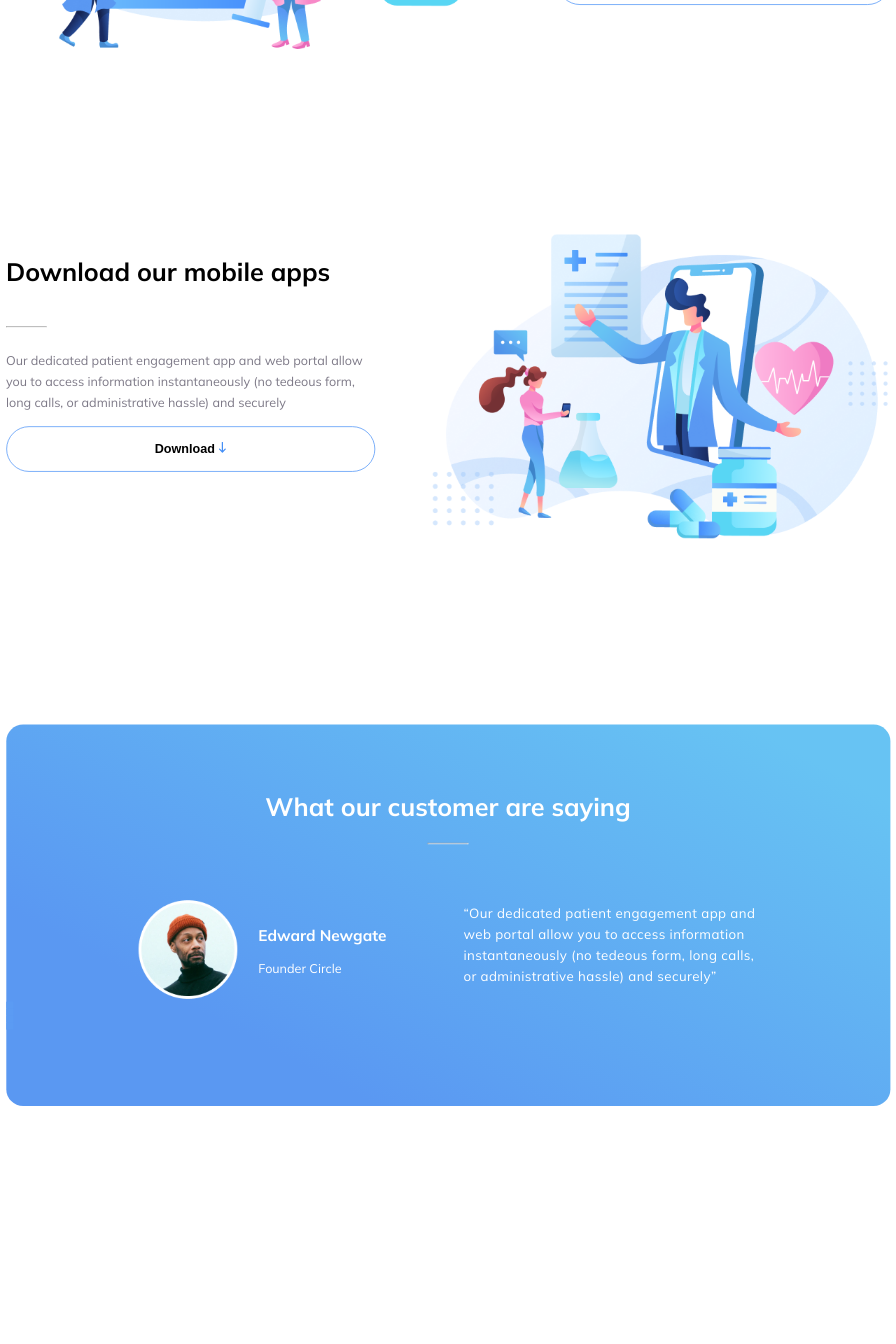
Repository: ivan-developer-01/trafalgar-layout
Page: index.html
An editor plug-in stored every save of this project. The page is shown before and after the next save, followed by the edit.
The browser window is 1280 px wide. The pictures show the part of the page from y = 2610 to 4530 px (the page is 4530 px tall before and 4327 px after), at 70% of full size.

Above is the page before, as saved 2024-11-08 16:25:28.

### index.html
<!DOCTYPE html>
<html lang="en">
<head>
	<meta charset="UTF-8">
	<meta http-equiv="X-UA-Compatible" content="IE=edge">
	<meta name="viewport" content="width=device-width, initial-scale=1.0">
	<title>Trafalgar Services</title>
	<link rel="preconnect" href="https://fonts.googleapis.com">
	<link rel="preconnect" href="https://fonts.gstatic.com" crossorigin>
	<link href="https://fonts.googleapis.com/css2?family=Mulish:ital,wght@0,200;0,300;0,400;0,500;0,600;0,700;0,800;0,900;1,200;1,300;1,400;1,500;1,600;1,700;1,800;1,900&display=swap" rel="stylesheet">
	<link rel="stylesheet" href="style.css">
</head>
<body>
	<header class="header">
		<div class="container">
			<!-- left part -->
			<div>
				<div class="logo">
					<img src="images/logo.png" alt="Trafalgar Logo">
				</div>
			</div>

			<!-- right part -->
			<div>
				<nav>
					<a href="#" class="nav__link nav__link-main">Home</a>
					<a href="#" class="nav__link">Find a doctor</a>
					<a href="#" class="nav__link">Apps</a>
					<a href="#" class="nav__link">Testimonials</a>
					<a href="#" class="nav__link">About us</a>
				</nav>
			</div>
		</div>
	</header>

	<main>
		<section class="main-info">
			<div class="container">
				<!-- left part -->
				<div>
					<h1>Virtual healthcare for you</h1>

					<p>Trafalgar provides progressive, and affordable healthcare, accessible on mobile and online for everyone</p>

					<button class="button round-button bg-blue">Consult today</button>
				</div>

				<!-- right part -->
				<div>
					<img src="images/hero.png" alt="Trafalgar hero image">
				</div>
			</div>

			<div class="overlay"></div>
		</section>

		<section class="our-services">
			<div class="container">
				<h2>Our services</h2>
				<hr>

				<p>We provide to you the best choiches for you. Adjust it to your health needs and make sure your undergo treatment with our highly qualified doctors you can consult with us which type of service is suitable for your health</p>

				<div class="cards">
					<div class="card">
						<img src="images/our-services/cards/search-doctor.svg" alt="Search doctor">
						<h3>Search doctor</h3>
						<p>Choose your doctor from thousands of specialist, general, and trusted hospitals</p>
					</div>
					<div class="card">
						<img src="images/our-services/cards/online-pharmacy.svg" alt="Online pharmacy">
						<h3>Online pharmacy</h3>
						<p>Buy  your medicines with our mobile application with a simple delivery system</p>
					</div>
					<div class="card">
						<img src="images/our-services/cards/consultation.svg" alt="Consultation">
						<h3>Consultation</h3>
						<p>Free consultation with our trusted doctors and get the best recomendations</p>
					</div>
					<div class="card">
						<img src="images/our-services/cards/details-info.svg" alt="Details info">
						<h3>Details info</h3>
						<p>Free consultation with our trusted doctors and get the best recomendations</p>
					</div>
					<div class="card">
						<img src="images/our-services/cards/emergency-care.svg" alt="Emergency care">
						<h3>Emergency care</h3>
						<p>You can get 24/7 urgent care for yourself or your children and your
lovely family</p>
					</div>
					<div class="card">
						<img src="images/our-services/cards/tracking.svg" alt="Tracking">
						<h3>Tracking</h3>
						<p>Track and save your medical history and health data</p>
					</div>
				</div>

				<button class="button round-button">Learn more</button>
			</div>

			<div class="overlay"></div>
			<div class="top-overlay"></div>
		</section>

		<section class="apps">
			<div class="container">
				<div class="flex-two-blocks">
					<!-- left part -->
					<div>
						<div class="image">
							<img src="images/apps/leading-healthcare-providers.png" alt="Leading healthcare providers">
						</div>
					</div>

					<!-- right part -->
					<div>
						<h2>Leading healthcare providers</h2>
						<hr>
						<p>
							Trafalgar provides progressive, and affordable healthcare, accessible on mobile and online for everyone. To us, it’s not just work. We take pride in the solutions we deliver
						</p>

						<button class="button round-button">Learn more</button>
					</div>
				</div>

				<div class="flex-two-blocks">
					<!-- left part -->
					<div>
						<h2>Download our mobile apps</h2>
						<hr>
						<p>
							Our dedicated patient engagement app and web portal allow you to access information instantaneously (no tedeous form, long calls, or administrative hassle) and securely
						</p>

						<button class="button round-button">Download
							<img src="images/arrow-download.svg" alt="Download icon">
						</button>
					</div>

					<!-- right part -->
					<div>
						<div class="image">
							<img src="images/apps/mobile-apps.png" alt="Mobile apps">
						</div>
					</div>
				</div>
			</div>
		</section>

		<section class="reviews">
			<div class="container">
				<h2>What our customer are saying</h2>
				<hr>
				<div class="review-slider">
					<div class="review">
						<div class="review-user">
							<div><img src="images/reviews/avatar-1.png" alt="Avatar" class="avatar"></div>
							<div class="user-credentials">
								<h3>Edward Newgate</h3>
								<span>Founder Circle</span>
							</div>
						</div>

						<div class="review-text">
							<p>
								“Our dedicated patient engagement app and web portal allow you to access information instantaneously (no tedeous form, long calls, or administrative hassle) and securely”
							</p>
						</div>
					</div>
				</div>

				<div class="dots">
					<div class="arrow-left"></div>
					<div class="dot active"></div>
					<div class="dot"></div>
					<div class="dot"></div>
					<div class="dot"></div>
					<div class="arrow-right"></div>
				</div>
			</div>
		</section>
	</main>
</body>
</html>

### style.css
html,
body {
	width: 100vw;
	margin: 0;
	padding: 0;
	font-family: 'Mulish', sans-serif;
}

.container {
	width: 100%;
	max-width: 1263px;
	margin: 0 auto;
}

section hr {
	width: 56px;
	margin-top: 26px;
	margin-bottom: 33px;
}

h1 {
	font-size: 48px;
}

h3 {
	font-size: 24px;
}

p {
	color: #7D7987;
	margin-top: 0;
}

.button {
	/* appearance: none; */
	border: 1px solid #458FF6;
	background: transparent;
	cursor: pointer;
	font-weight: 700;
	font-size: 18px;
	padding: 21px 41px;
}

.button.round-button {
	border-radius: 999px;
}

.bg-blue {
	background-color: #458FF6;
	color: #FFF;
}

/* header */
.header {
	padding-top: 56px;
}

.header .container {
	display: flex;
	justify-content: space-between;
	align-items: center;
}

.header nav {
	display: flex;
	gap: 40px;
	font-size: 18px;
}

.header nav a {
	text-decoration: none;
	color: #8f8a9a;
}

.header .nav__link-main {
	color: #1F1534;
}
/* /header */

/* main-info */
.main-info {
	position: relative;
}

.main-info .overlay {
	position: absolute;
	top: 0;
	left: 0;
	right: 0;
	bottom: 0;
	background-image: url(images/main-info-overlay.png);
	background-repeat: no-repeat;
	z-index: -1;
}

.main-info .container {
	display: flex;
	justify-content: space-between;
	align-items: center;
	gap: 109px;
}

.main-info p {
	font-size: 21px;
	line-height: 32px;
	margin-top: 25px;
	margin-bottom: 45px;
}
/* /main-info */

/* our-services */
.our-services {
	margin-top: 190px;
	position: relative;
}

.our-services .overlay,
.our-services .top-overlay {
	position: absolute;
	right: 0;
	bottom: 0;
	left: 0;
	background-repeat: no-repeat;
	z-index: -1;
	pointer-events: none;
}

.our-services .overlay {
	top: calc(20% - 44px);
	background-image: url(images/our-services/our-services-overlay.svg);
}

.our-services .top-overlay {
	top: 46%;
	left: 76%;
	background-image: url(images/our-services/our-services-top-overlay.svg);
}

.our-services .container {
	text-align: center;
}

.our-services p {
	max-width: 952px;
	margin: 0 auto;
}

.our-services .cards {
	display: grid;
	grid-template-columns: repeat(3, 1fr);
	gap: 34px;
	margin-top: 80px;
	position: relative;
	background: transparent;
}

.our-services .cards .card {
	box-shadow: 10px 40px 50px 0px #E5E9F666;
	/* top right bottom left */
	width: calc(350px - 52px - 36px);
	height: calc(354px - 58px - 47px);
	border-radius: 20px;
	padding: 58px 52px 47px 36px;
	text-align: left;
	background: #FFF;
	z-index: 1;
}

.our-services .cards .card p {
	font-size: 16px;
	line-height: 28px;
}

.our-services .cards .card h3 {
	margin-top: 36.25px;
}

.our-services .button {
	margin-top: 72px;
	color: #458FF6;
	border-width: 1.4px;
	min-width: 200px;
}
/* /our-services */

/* apps */
.apps {
	margin-top: 220px;
}

.apps .container {
	display: grid;
	gap: 265px;
}

.apps .flex-two-blocks {
	display: flex;
}

.apps .flex-two-blocks div {
	display: flex;
	flex-direction: column;
}

.apps .flex-two-blocks h2 {
	font-size: 36px;
}

.apps .flex-two-blocks hr {
	text-align: left;
	width: 56px;
	margin-left: 0;
	margin-right: 0;
}

.apps .flex-two-blocks p {
	font-size: 18px;
	line-height: 30px;
}

.apps .flex-two-blocks:first-child {
	gap: 137px;
}

.apps .flex-two-blocks:last-child {
	gap: 71px;
}
/* /apps */

/* reviews */
.reviews {
	margin-top: 266px;
	margin-bottom: 340px /* *? BUGGY DEBUGGY BIG BUG */;
}

.reviews .container {
	background: linear-gradient(208.18deg, #67C3F3 9.05%, #5A98F2 76.74%);
	color: white;
	text-align: center;
	padding-top: 64px;
	padding-bottom: 109px;
	border-radius: 24px;
}

.reviews hr {
	color: white;
}

.reviews h2 {
	font-size: 36px;
}

.review-slider .review {
	display: flex;
	justify-content: center;
	align-items: center;
	gap: 110px;
	margin-top: 80px;
}

.review-slider .review .review-user {
	display: flex;
	align-items: center;
	justify-content: center;
	gap: 30px;
	text-align: left;
}

.review-slider .review .review-user .user-credentials h3 {
	font-size: 22px;
	margin-top: 0;
}

.review-slider .review .review-user .user-credentials span {
	font-size: 18px;
}

.review-slider .review .review-text {
	text-align: left;
	max-width: 420px;
}

.review-slider .review .review-text p {
	color: white;
	font-size: 19px;
	letter-spacing: 0.6px;
	line-height: 30px;
}

.reviews .dot {
	background: #5B9BF3;
	width: 10px;
	height: 10px;
}

.reviews .dot.active {
	background: #5B9BF3;
}
/* /reviews */

After the next save:
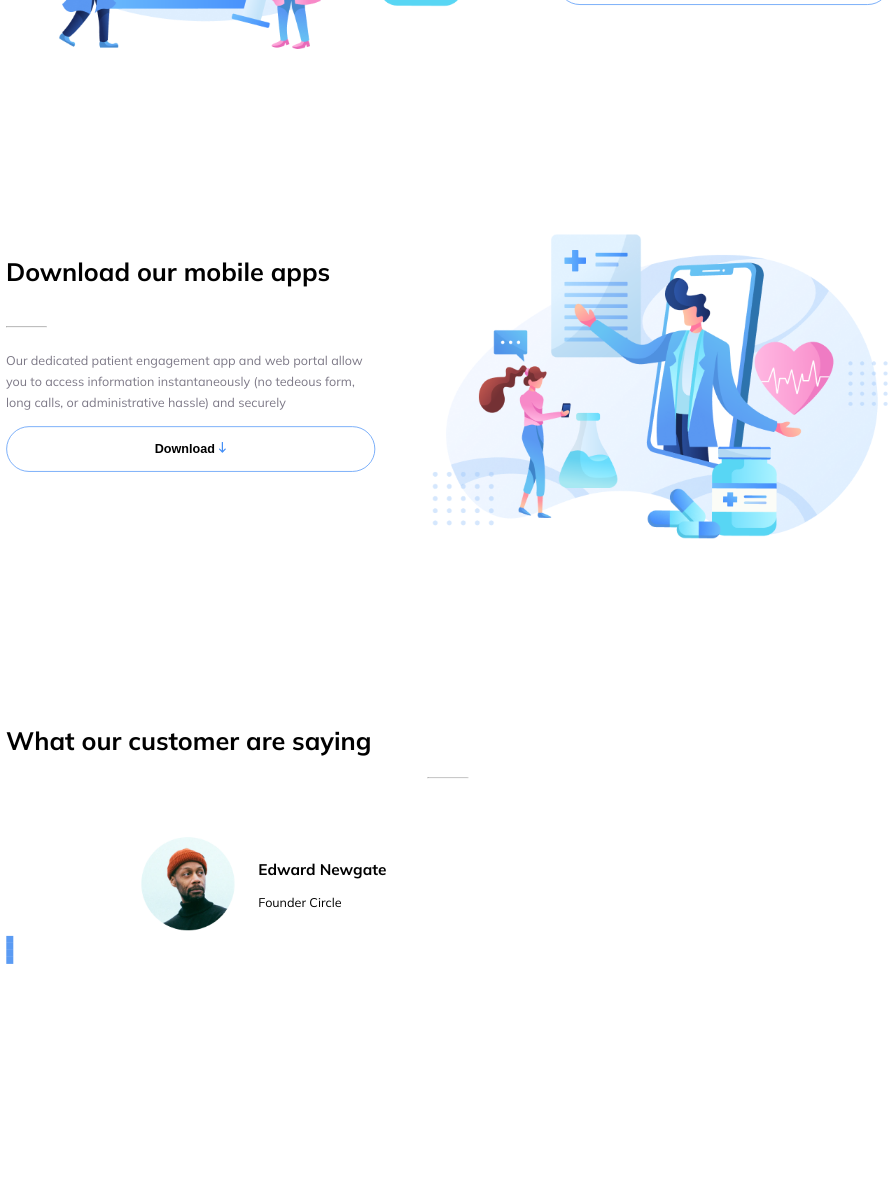
Saved 3 min 58 s later.
--- a/style.css
+++ b/style.css
@@ -233,7 +233,7 @@ p {
 	margin-bottom: 340px /* *? BUGGY DEBUGGY BIG BUG */;
 }
 
-.reviews .container {
+.reviews .review-container {
 	background: linear-gradient(208.18deg, #67C3F3 9.05%, #5A98F2 76.74%);
 	color: white;
 	text-align: center;
